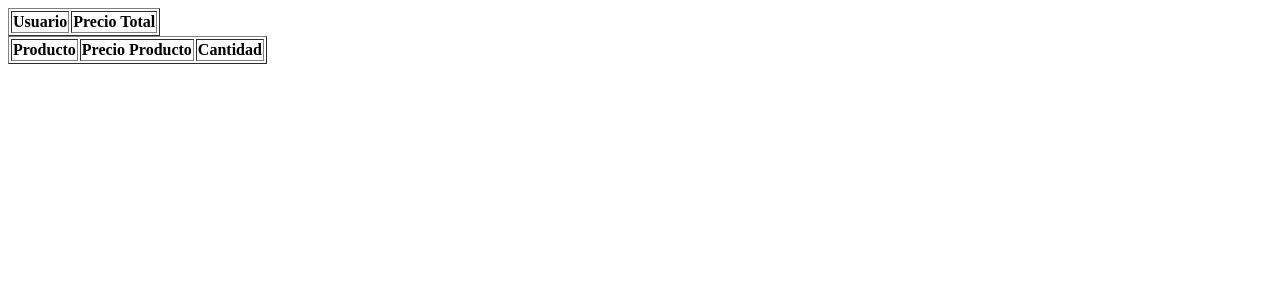
Repository: daniddm/TrabajaDawEcommerce
Page: http://localhost/Ecommerce_SanTierno/verVentas.jsp
These files come from the project's save history. The page is drawn as it stood at one moment and after the next save; the edit follows.
The browser window is 1280 px wide. The pictures show the whole page.
The page is served by Tomcat 9.

Above is the page before, as saved 2021-12-08 14:10:15.

After the next save:
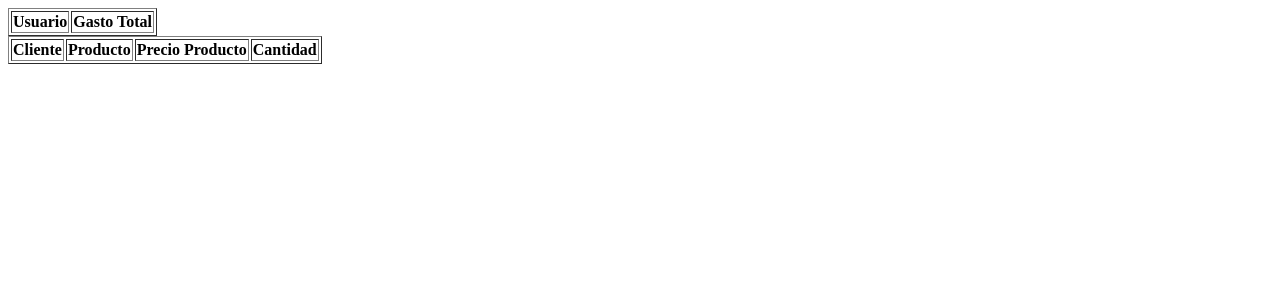
Saved 50 s later.
--- a/Ecommerce_SanTierno/WebContent/verVentas.jsp
+++ b/Ecommerce_SanTierno/WebContent/verVentas.jsp
@@ -11,7 +11,7 @@
 	<table border="1">
 		<tr>
 			<th>Usuario</th>
-			<th>Precio Total</th>
+			<th>Gasto Total</th>
 
 		</tr>
 
@@ -24,7 +24,8 @@
 	</table>
 	<table border="1">
 		<tr>
-		<th>Producto</th>
+			<th>Cliente</th>
+			<th>Producto</th>
 			<th>Precio Producto</th>
 			<th>Cantidad</th>
 		</tr>
